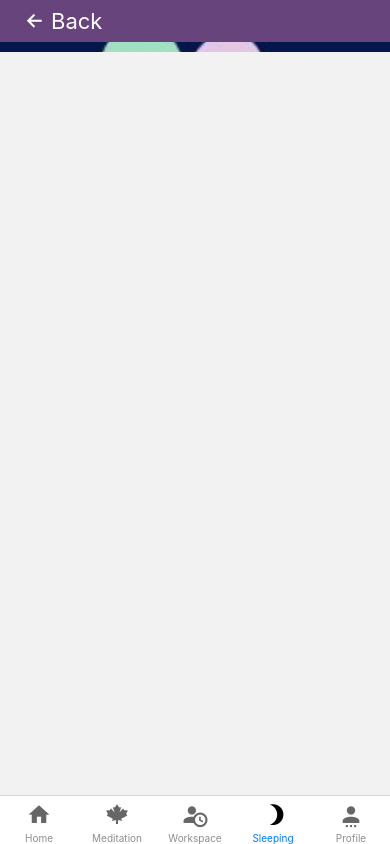
Repository: huynhthu1704/LTDD3_Nhom1_SimpleApp
Screen: /Sleeping
An editor plug-in stored every save of this project. The screen is shown before and after the next save, followed by the edit.
The app was drawn by React Native's web renderer in a window 390 px wide. The project was rebuilt for these pictures with package versions that can differ from the ones it lists, and the page was loaded fresh each time. Some packages were replaced by stand-ins written for this rebuild. Also part of the build but not shown: app/screens/MeditationScreen.js, app/screens/LaunchScreen.js, app/screens/WorkspaceScreen.js, app/screens/ProfileScreen.js, app/components/NavBar.js.

Above is the screen before, as saved 2022-04-29 06:20:22.

### App.js
import React, { useCallback, useEffect, useState } from "react";
import { Text, View, SafeAreaView, Platform, StatusBar } from "react-native";
import { NavigationContainer } from "@react-navigation/native";
import { createStackNavigator } from "@react-navigation/stack";
import { createBottomTabNavigator } from "@react-navigation/bottom-tabs";
import AppLoading from "expo-app-loading";
import * as Font from "expo-font";
import { FONTS } from "./app/constants/theme";
import MainContainer from "./app/screens/MainContainer";
import * as SplashScreen from "expo-splash-screen";

export default function App() {
  let [fontsLoaded, isFontsLoaded] = useState(false);
  const [appIsReady, setAppIsReady] = useState(false);

  async function loadFonts() {
    await Font.loadAsync({
      "Poppins-Black": require("./assets/fonts/Poppins-Black.ttf"),
      "Poppins-BlackItalic": require("./assets/fonts/Poppins-BlackItalic.ttf"),
      "Poppins-Bold": require("./assets/fonts/Poppins-Bold.ttf"),
      "Poppins-BoldItalic": require("./assets/fonts/Poppins-BoldItalic.ttf"),
      "Poppins-ExtraBold": require("./assets/fonts/Poppins-ExtraBold.ttf"),
      "Poppins-ExtraBoldItalic": require("./assets/fonts/Poppins-ExtraBoldItalic.ttf"),
      "Poppins-ExtraLight": require("./assets/fonts/Poppins-ExtraLight.ttf"),
      "Poppins-ExtraLightItalic": require("./assets/fonts/Poppins-ExtraLightItalic.ttf"),
      "Poppins-Italic": require("./assets/fonts/Poppins-Italic.ttf"),
      "Poppins-Medium": require("./assets/fonts/Poppins-Medium.ttf"),
      "Poppins-MediumItalic": require("./assets/fonts/Poppins-MediumItalic.ttf"),
      "Poppins-Regular": require("./assets/fonts/Poppins-Regular.ttf"),
      "Poppins-SemiBold": require("./assets/fonts/Poppins-SemiBold.ttf"),
      "Poppins-SemiBoldItalic": require("./assets/fonts/Poppins-SemiBoldItalic.ttf"),
    });
    isFontsLoaded(true);
  }
  async function prepare() {
    try {
      // Keep the splash screen visible while we fetch resources
      await SplashScreen.preventAutoHideAsync();
      // Pre-load fonts, make any API calls you need to do here
      // Artificially delay for two seconds to simulate a slow loading
      // experience. Please remove this if you copy and paste the code!
      await new Promise((resolve) => setTimeout(resolve, 2000));
    } catch (e) {
      console.warn(e);
    } finally {
      // Tell the application to render
      setAppIsReady(true);
    }
  }
  useEffect(() => {
    loadFonts();
    prepare();
  }, []);

  const onLayoutRootView = useCallback(async () => {
    if (appIsReady) {
      // This tells the splash screen to hide immediately! If we call this after
      // `setAppIsReady`, then we may see a blank screen while the app is
      // loading its initial state and rendering its first pixels. So instead,
      // we hide the splash screen once we know the root view has already
      // performed layout.
      await SplashScreen.hideAsync();
    }
  }, [appIsReady]);

  if (!fontsLoaded || !appIsReady) {
    return <AppLoading />;
  }

  return (
    <SafeAreaView
      style={{
        flex: 1,
        paddingTop: Platform.OS === "android" ? StatusBar.currentHeight : 0,
      }}
      onLayout={onLayoutRootView}
    >
      <MainContainer />
    </SafeAreaView>
  );
}

### app/constants/theme.js
import { Dimensions } from "react-native";

const { width, height } = Dimensions.get("window");
export const COLORS = {
  black: "#000",
  black2: "rgba(0, 0, 0, 0.2)",
  black4: "rgba(0, 0, 0, 0.4)",
  black6: "rgba(0, 0, 0, 0.6)",
  black8: "rgba(0, 0, 0, 0.8)",
  red : "#FF0000",
  white: "#FFF",
  gray: "#3F414E",
  lightGray: "#D3D3D3",
  blue: "#7583CA",
  purple: "#67447C",
  green: "#61B15A",
  pink: "#B49797",
  pink50: "rgba(180, 151, 151, 0.5)",
};

export const SIZES = {
  // Global size
  base: 8,
  font: 14,
  radius: 12,
  padding: 24,

  // Font size
  h1: 30,
  h2: 22,
  h3: 16,
  h4: 14,
  body1: 30,
  body2: 22,
  body3: 16,
  body4: 14,

  // App dimension
  width,
  height,
};

export const FONTS = {
  h1: { fontFamily: "Poppins-Bold", fontSize: SIZES.h1, lineHeight: 36 },
  h2: { fontFamily: "Poppins-Bold", fontSize: SIZES.h2, lineHeight: 30 },
  h3: { fontFamily: "Poppins-Bold", fontSize: SIZES.h3, lineHeight: 22 },
  h4: { fontFamily: "Poppins-Bold", fontSize: SIZES.h4, lineHeight: 22 },
  body1: { fontFamily: "Poppins-Regular", fontSize: SIZES.h1, lineHeight: 36 },
  body2: { fontFamily: "Poppins-Regular", fontSize: SIZES.h2, lineHeight: 30 },
  body3: { fontFamily: "Poppins-Regular", fontSize: SIZES.h3, lineHeight: 22 },
  body4: { fontFamily: "Poppins-Regular", fontSize: SIZES.h4, lineHeight: 22 },
};

export const appTheme = {COLORS, SIZES, FONTS};

### app/screens/MainContainer.js
import { StyleSheet, Text, View, StatusBar } from "react-native";
import React from "react";
import { NavigationContainer } from "@react-navigation/native";
import { createBottomTabNavigator } from "@react-navigation/bottom-tabs";
import MaterialCommunityIcons from "react-native-vector-icons/MaterialCommunityIcons";
import HomeScreen from "./HomeScreen";
import MeditationScreen from "./MeditationScreen";
import LaunchScreen from "./LaunchScreen";
import WorkspaceScreen from "./WorkspaceScreen";
import SleepingScreen from "./Sleeping";
import ProfileScreen from "./ProfileScreen";
import { COLORS } from "../constants/theme";
const Tab = createBottomTabNavigator();
export default function MainContainer() {
  return (
    <NavigationContainer>
      <Tab.Navigator
        initialRouteName="Home"
        screenOptions={({ route }) => ({
          headerShown : false,
          showLabel : false,
          tabBarIcon: ({ focused, color, size }) => {
            const icons = {
              Home: "home",
              Meditation: "leaf-maple",
              Workspace: "account-clock",
              Sleeping: "moon-waxing-crescent",
              Profile: "account-settings",
            };
            return (
              <MaterialCommunityIcons
                name={icons[route.name]}
                size={size}
                color={focused? COLORS.black : COLORS.black6}
              />
            );
          },
        })}
        activeTintColor={COLORS.black}
        inactiveTintColor={COLORS.red}
      >
        {/* <Tab.Screen name="LaunchScreen" component={LaunchScreen} /> */}
      <Tab.Screen name="Home" component={HomeScreen}/>
        <Tab.Screen name="Meditation" component={MeditationScreen} />
        <Tab.Screen name="Workspace" component={WorkspaceScreen} />
        <Tab.Screen name="Sleeping" component={SleepingScreen} />
        <Tab.Screen name="Profile" component={ProfileScreen} />
      </Tab.Navigator>
    </NavigationContainer>
  );
}

const styles = StyleSheet.create({});

### app/screens/HomeScreen.js
import * as React from 'react';
import { Text, View, StyleSheet, Button } from 'react-native';
import NavBar from '../components/NavBar';
import { COLORS } from '../constants/theme';

const HomeScreen = ({navigation}) => {
  return (
    <View>
    <Text>Home</Text>
    </View>
  );
};
const styles = StyleSheet.create({
  textHome: {
    fontSize: 50,
    color: 'red',
  },
});
export default HomeScreen;

### app/screens/Sleeping.js
import { StyleSheet, Text, View, ScrollView,Image } from "react-native";
import React from "react";
import {appTheme, COLORS, FONTS, SIZES, images} from '../constants/index'
import { LinearGradient } from "expo-linear-gradient";
import HeaderBar from "../components/HeaderBar";

export default function Sleeping() {
   console.log(SIZES.width)
  return (
    <View>
    <HeaderBar bgColor = {COLORS.purple} color = {COLORS.white}/>
    <Image style = {{height: 10, width : SIZES.width}} source = {images.sleepingOnBoardingImg}/>

    </View>
  );
}

const styles = StyleSheet.create({});

### app/constants/index.js
import {appTheme, COLORS, FONTS, SIZES} from "./theme";
import images from "./images";
export {appTheme, COLORS, FONTS, SIZES, images};

### app/components/HeaderBar.js
import { StyleSheet, Text, View, TouchableOpacity } from "react-native";
import React from "react";
import { Ionicons } from "@expo/vector-icons";
import { SIZES, COLORS } from "../constants/theme";
import { useNavigation } from "@react-navigation/native";
import { Colors } from "react-native/Libraries/NewAppScreen";
export default function HeaderBar({ bgColor, color, right }) {
  const navigation = useNavigation();
  return (
    <View
      style={{
        paddingHorizontal: SIZES.padding,
        flexDirection: "row",
        backgroundColor: bgColor,
        paddingVertical : SIZES.base
      }}
    >
      <View style={{ flex: 1, alignSelf: "flex-start" }}>
        <TouchableOpacity
          style={{ flexDirection: "row", alignItems: "center" }}
          onPress={() => navigation.goBack()}
        >
          <Ionicons
            name="arrow-back"
            size={SIZES.h2}
            color={color}
          />
          <Text style = {{ color : color, fontSize : SIZES.h2, marginLeft: 5}}>Back</Text>
        </TouchableOpacity>
      </View>
      {right && (
        <View style={{ flex: 1, alignItems: "flex-end" }}>
          <Ionicons
            name="arrow-back"
            size={SIZES.h1}
            color={color}
          />
        </View>
      )}
    </View>
  );
}

const styles = StyleSheet.create({});

### app/constants/images.js
const launchScreenImg = require('../../assets/images/launch_screen_img.jpg');
const sleepingOnBoardingImg = require('../../assets/images/sleeping_bird.png');
export default {
    launchScreenImg,
    sleepingOnBoardingImg
}

After the next save:
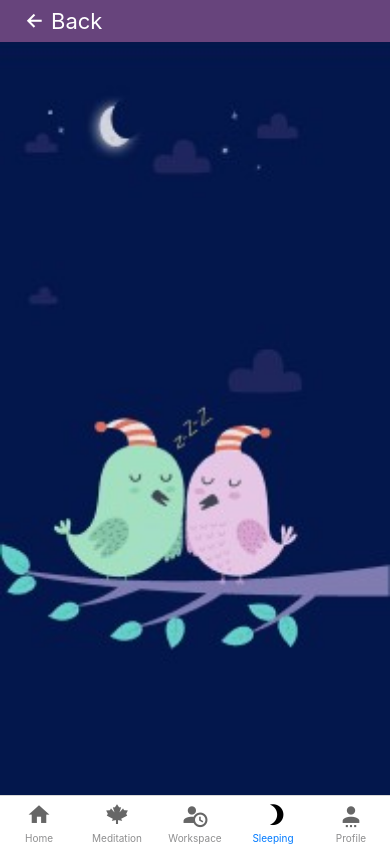
Saved 1 s later.
--- a/app/screens/Sleeping.js
+++ b/app/screens/Sleeping.js
@@ -5,11 +5,10 @@ import { LinearGradient } from "expo-linear-gradient";
 import HeaderBar from "../components/HeaderBar";
 
 export default function Sleeping() {
-   console.log(SIZES.width)
   return (
     <View>
     <HeaderBar bgColor = {COLORS.purple} color = {COLORS.white}/>
-    <Image style = {{height: 10, width : SIZES.width}} source = {images.sleepingOnBoardingImg}/>
+    <Image style = {{height: SIZES.height, width : SIZES.width}} source = {images.sleepingOnBoardingImg}/>
 
     </View>
   );
